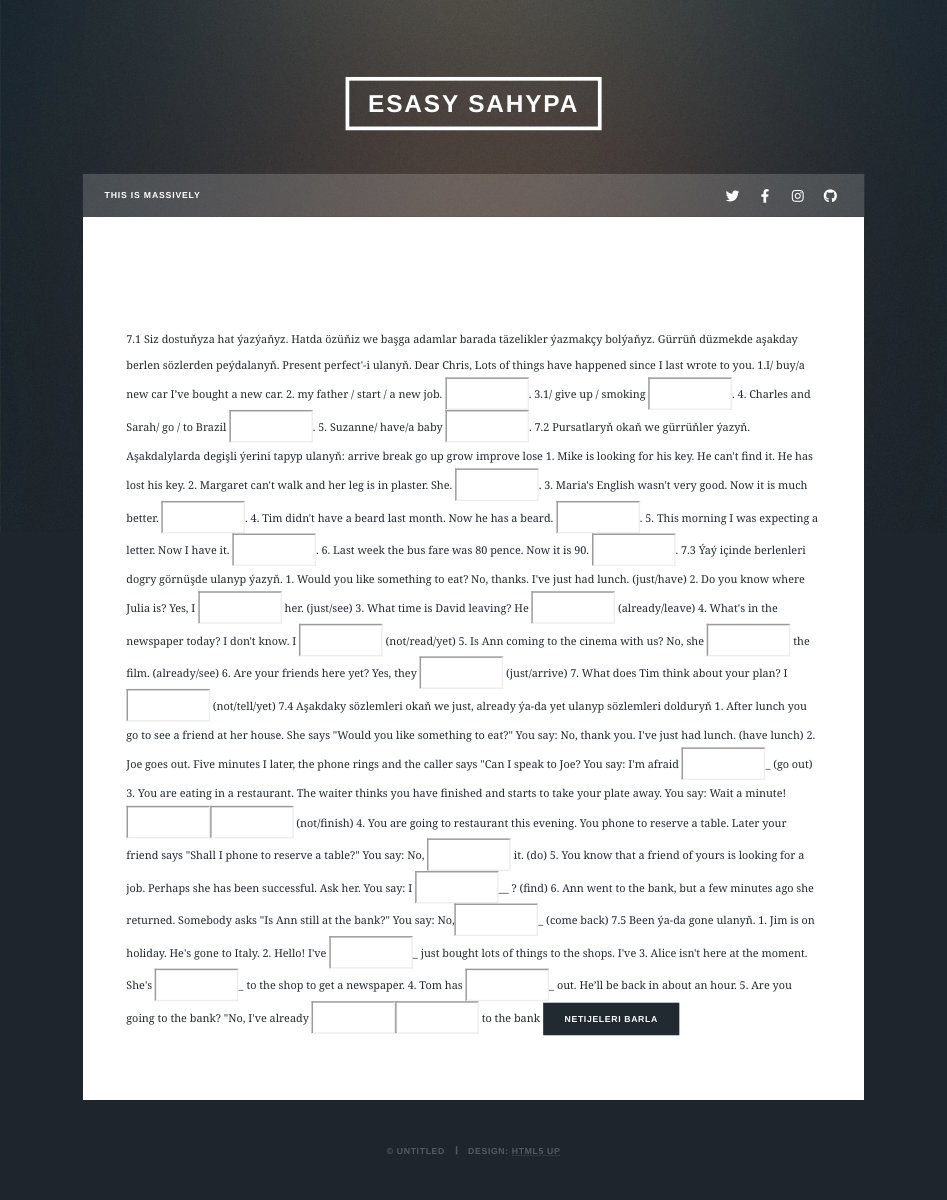
Repository: Sahet-dev/English-grammar-app
Page: test/test_unit _7.html
The author's editor kept a copy of each file at every save. The page is drawn from the files as they stood at one save, then again after the next save.
The browser window is 1280 px wide. The pictures show the whole page, at 74% of full size.
Some web fonts or font styles are not loaded; a fallback is used.

Above is the page before, as saved 2022-06-24 14:36:09.

### test/test_unit _7.html
<!DOCTYPE HTML>
<!--
	Massively by HTML5 UP
	html5up.net | @ajlkn
	Free for personal and commercial use under the CCA 3.0 license (html5up.net/license)
-->
<html>
	<head>
		<title>Test </title>
		<meta charset="utf-8" />
		<meta name="viewport" content="width=device-width, initial-scale=1, user-scalable=no" />
		<link rel="stylesheet" href="../assets/css/test.css" />
		<noscript><link rel="stylesheet" href="../assets/css/noscript.css" /></noscript>
	</head>
	<body class="is-preload">

		<!-- Wrapper -->
			<div id="wrapper">

				<!-- Header -->
					<header id="header">
						<a href="index.html" class="logo">Esasy Sahypa</a>
					</header>

				<!-- Nav -->
					<nav id="nav">
						<ul class="links">
							<li><a href="units/.html">This is Massively</a></li>

						</ul>
						<ul class="icons">
							<li><a href="#" class="icon brands fa-twitter"><span class="label">Twitter</span></a></li>
							<li><a href="#" class="icon brands fa-facebook-f"><span class="label">Facebook</span></a></li>
							<li><a href="#" class="icon brands fa-instagram"><span class="label">Instagram</span></a></li>
							<li><a href="#" class="icon brands fa-github"><span class="label">GitHub</span></a></li>
						</ul>
					</nav>

				<!-- Main -->
					<div id="main">

						<!-- Post -->
							<section class="post">
								<header class="major">
									<h2>


									</h2>
								</header>

								<!-- Text stuff -->

									<p>
										<form action="results-unit-1.php" method="post">


											7.1
											Siz dostuňyza hat ýazýaňyz. Hatda özüňiz we başga adamlar barada täzelikler ýazmakçy bolýaňyz. Gürrüň düzmekde aşakday berlen sözlerden peýdalanyň.
											Present perfect'-i ulanyň.

											Dear Chris,

											Lots of things have happened since I last wrote to you.

											1.I/ buy/a new car
											I’ve bought a new car.

											2. my father / start / a new job.
											<input type="text" size="7" name="answer" value="">.
											3.1/ give up / smoking
											<input type="text" size="7" name="answer" value="">.

											4. Charles and Sarah/ go / to Brazil
											<input type="text" size="7" name="answer" value="">.

											5. Suzanne/ have/a baby
											<input type="text" size="7" name="answer" value="">.

											7.2
											Pursatlaryň okaň we gürrüňler ýazyň.
											Aşakdalylarda degişli ýerini tapyp ulanyň:

											arrive break go up grow improve lose

											1. Mike is looking for his key. He can't find it.
											He has lost his key.

											2. Margaret can't walk and her leg is in plaster.
											She. <input type="text" size="7" name="answer" value="">.


											3. Maria's English wasn't very good. Now it is
											much better. <input type="text" size="7" name="answer" value="">.



											4. Tim didn't have a beard last month. Now he
											has a beard. <input type="text" size="7" name="answer" value="">.


											5. This morning I was expecting a letter. Now I
											have it. <input type="text" size="7" name="answer" value="">.



											6. Last week the bus fare was 80 pence. Now it is 90. <input type="text" size="7" name="answer" value="">.


											7.3

											Ýaý içinde berlenleri dogry görnüşde ulanyp ýazyň.

											1. Would you like something to eat?

											No, thanks. I've just had lunch. (just/have)

											2. Do you know where Julia is?

											Yes, I <input type="text" size="7" name="answer" value=""> her. (just/see)

											3. What time is David leaving?  He <input type="text" size="7" name="answer" value=""> (already/leave)

											4. What's in the newspaper today?

											I don't know. I  <input type="text" size="7" name="answer" value=""> (not/read/yet)

											5. Is Ann coming to the cinema with us?
											No, she <input type="text" size="7" name="answer" value=""> the film. (already/see)

											6. Are your friends here yet?

											Yes, they <input type="text" size="7" name="answer" value=""> (just/arrive)

											7. What does Tim think about your plan?
											I <input type="text" size="7" name="answer" value="">  (not/tell/yet)

											7.4

											Aşakdaky sözlemleri okaň we just, already ýa-da yet ulanyp sözlemleri dolduryň

											1. After lunch you go to see a friend at her
											house. She says "Would you like something to eat?"

											You say: No, thank you. I've just had lunch. (have lunch)

											2. Joe goes out. Five minutes I later, the phone rings and the caller says "Can I speak to Joe?

											You say: I'm afraid <input type="text" size="7" name="answer" value="">_ (go out)

											3. You are eating in a restaurant. The waiter
											thinks you have finished and starts to take your
											plate away.



											You say: Wait a minute! <input type="text" size="7" name="answer" value=""><input type="text" size="7" name="answer" value=""> (not/finish)

											4. You are going to restaurant this evening.
											You phone to reserve a table. Later your friend
											says "Shall I phone to reserve a table?"

											You say: No, <input type="text" size="7" name="answer" value=""> it. (do)

											5. You know that a friend of yours is looking for a job. Perhaps she has been successful. Ask her.

											You say: I <input type="text" size="7" name="answer" value="">__ ? (find)

											6. Ann went to the bank, but a few minutes ago
											she returned. Somebody asks "Is Ann still at the bank?"

											You say: No,<input type="text" size="7" name="answer" value="">_  (come back)


											7.5

											Been ýa-da gone ulanyň.

											1. Jim is on holiday. He's gone to Italy.

											2. Hello! I've <input type="text" size="7" name="answer" value="">_ just bought lots of things  to the shops. I've

											3. Alice isn't here at the moment. She's <input type="text" size="7" name="answer" value="">_ to the shop to get a newspaper.

											4. Tom has <input type="text" size="7" name="answer" value="">_ out. He’ll be back in about an hour.

											5. Are you going to the bank? "No, I've
											already <input type="text" size="7" name="answer" value=""><input type="text" size="7" name="answer" value=""> to the bank






											        <button class="button primary" type="submit">Netijeleri barla</button>
										</form>



									</p>


							</section>

					</div>


				<!-- Copyright -->
					<div id="copyright">
						<ul><li>&copy; Untitled</li><li>Design: <a href="https://html5up.net">HTML5 UP</a></li></ul>
					</div>

			</div>

		<!-- Scripts -->
			<script src="assets/js/jquery.min.js"></script>
			<script src="assets/js/jquery.scrollex.min.js"></script>
			<script src="assets/js/jquery.scrolly.min.js"></script>
			<script src="assets/js/browser.min.js"></script>
			<script src="assets/js/breakpoints.min.js"></script>
			<script src="assets/js/util.js"></script>
			<script src="assets/js/main.js"></script>

	</body>
</html>

Loaded but not shown: assets/js/jquery.min.js (library); assets/js/jquery.scrollex.min.js (common file); assets/js/jquery.scrolly.min.js (common file); assets/js/browser.min.js (common file); assets/js/breakpoints.min.js (common file); assets/css/fontawesome-all.min.css (library); assets/js/util.js (587 lines, source omitted); assets/js/main.js (258 lines, source omitted); assets/css/test.css (4689 lines, source omitted)

After the next save:
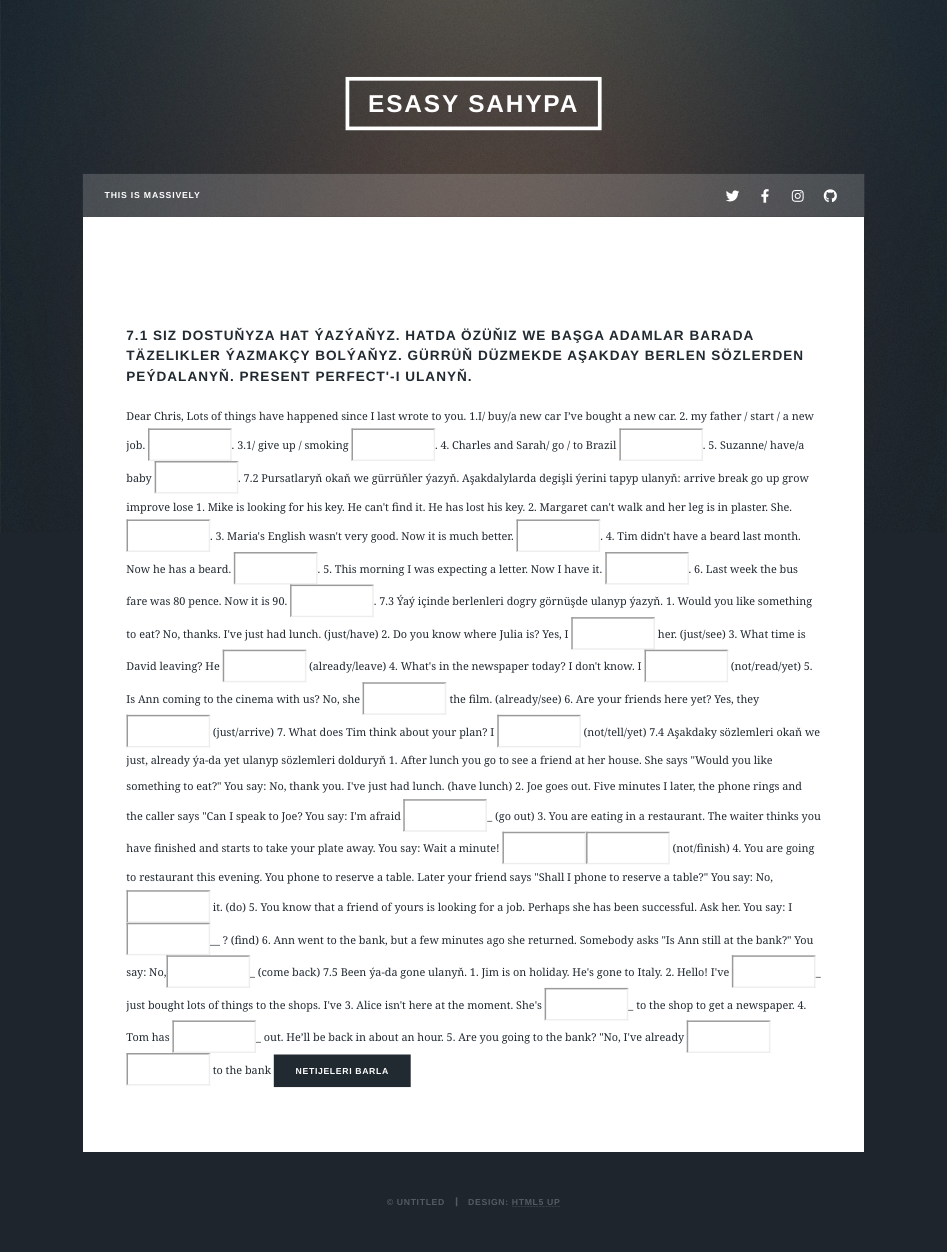
Saved 13 s later.
--- a/test/test_unit _7.html
+++ b/test/test_unit _7.html
@@ -54,9 +54,9 @@
 										<form action="results-unit-1.php" method="post">
 
 
-											7.1
+										<h3>7.1
 											Siz dostuňyza hat ýazýaňyz. Hatda özüňiz we başga adamlar barada täzelikler ýazmakçy bolýaňyz. Gürrüň düzmekde aşakday berlen sözlerden peýdalanyň.
-											Present perfect'-i ulanyň.
+											Present perfect'-i ulanyň.</h3>
 
 											Dear Chris,
 
